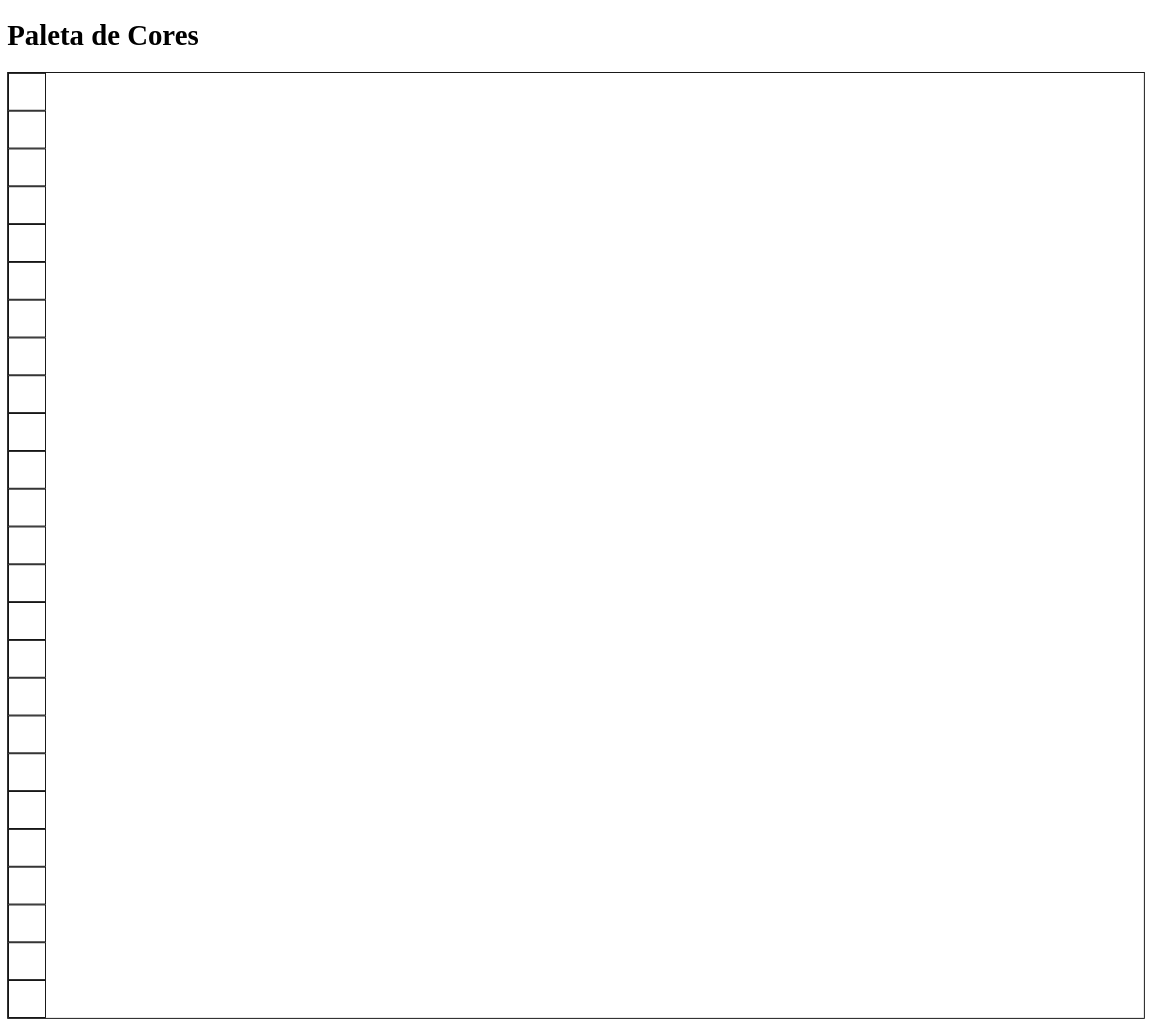
Repository: MuriloColleti/project-Pixer-Art
Page: index.html
An editor plug-in stored every save of this project. The page is shown before and after the next save, followed by the edit.
The browser window is 1280 px wide. The pictures show the whole page, at 90% of full size.

Above is the page before, as saved 2024-02-05 15:44:26.

### index.html
<!DOCTYPE html>
<html lang="en">
<head>
    <meta charset="UTF-8">
    <meta name="viewport" content="width=device-width, initial-scale=1.0">
    <link rel="stylesheet" href="style.css">
    <title>Paleta de Cores</title>
</head>

<body>
    <header> <h1 id="title"> Paleta de Cores </h1> </header>

    <main id="pixel-board"></main>

</body>

<script src="script.js"></script>

</html>

### style.css
.black{
    background-color: black;
}

.blue{
    background-color: blue;
}

.yellow{
    background-color: red;
}

.green{
    background-color: green;
}

.pixel{
    width: 40px;
    height: 40px;
    border: 1px solid black;
}

#pixel-board{
    border: 1px solid black;
}

### script.js
var pixeltable = document.getElementById('pixel-board');

//var newPixel = document.createElement("div")

//newPixel.classList.add("pixel")

//pixel.appendChild(newPixel);

for(index = 0; index < 25; index += 1){

    var newPixel = document.createElement('div')
    newPixel.classList.add('pixel')
    pixeltable.appendChild(newPixel);

}

After the next save:
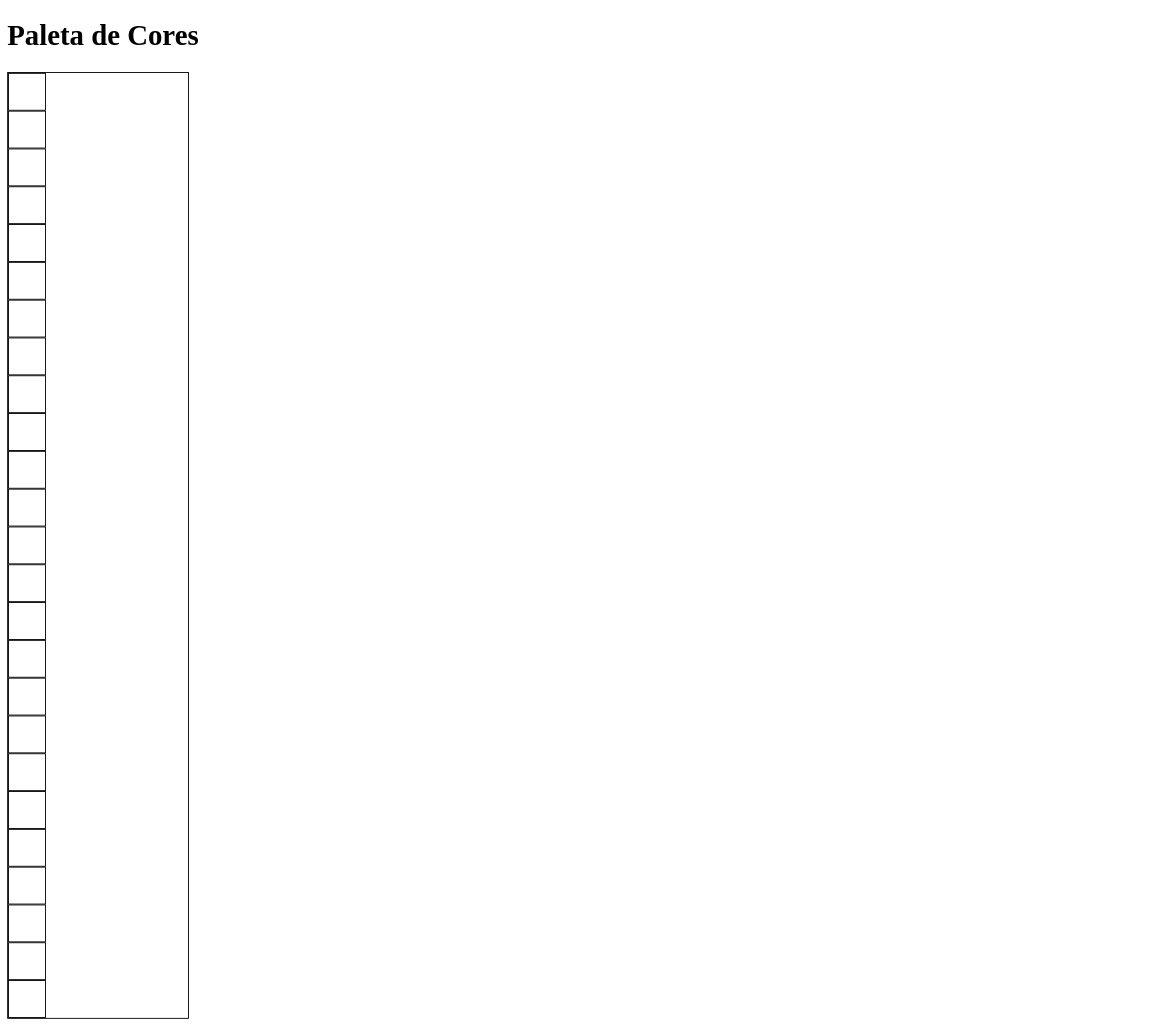
Saved 37 s later.
--- a/style.css
+++ b/style.css
@@ -22,4 +22,5 @@
 
 #pixel-board{
     border: 1px solid black;
+    width: 200px;
 }
